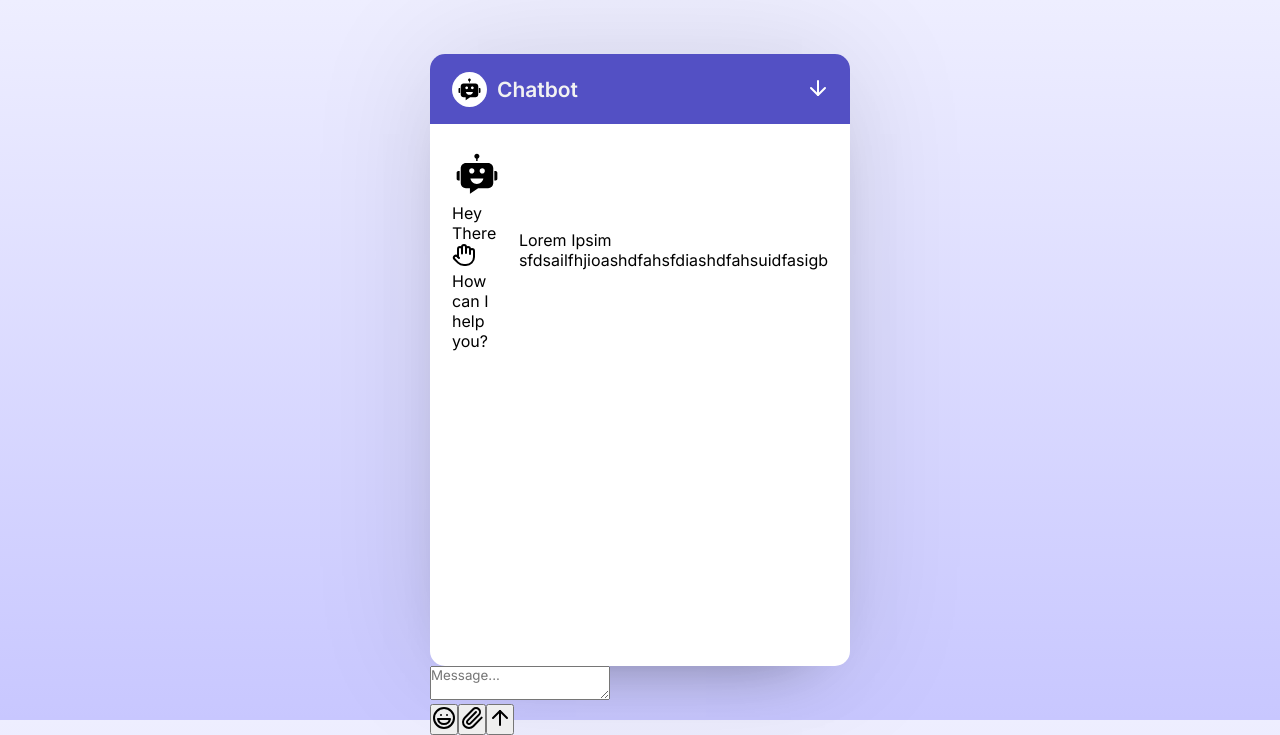
Repository: guilhermecardoso93/ai-bot
Page: /
These files come from the project's save history. The page is drawn as it stood at one moment and after the next save; the edit follows.
The browser window is 1280 px wide. The pictures show the whole page.
The project was rebuilt for these pictures with package versions that can differ from the ones it lists, and the page was loaded fresh each time. Also part of the build but not shown: vite.config.js.

Above is the page before, as saved 2024-11-11 20:45:56.

### index.html
<!doctype html>
<html lang="en">

<head>
    <meta charset="UTF-8" />
    <link rel="icon" type="image/svg+xml" href="/vite.svg" />
    <link rel="preconnect" href="https://fonts.googleapis.com">
    <link rel="preconnect" href="https://fonts.gstatic.com" crossorigin>
    <link href="https://fonts.googleapis.com/css2?family=Inter:ital,opsz,wght@0,14..32,100..900;1,14..32,100..900&family=Outfit:wght@100..900&display=swap" rel="stylesheet">
    <meta name="viewport" content="width=device-width, initial-scale=1.0" />
    <title>Ai ChatBot</title>
</head>

<body>
    <div id="root"></div>
    <script type="module" src="/src/main.jsx"></script>
</body>

</html>

### src/index.css
:root {
  font-synthesis: none;
  text-rendering: optimizeLegibility;
  -webkit-font-smoothing: antialiased;
  -moz-osx-font-smoothing: grayscale;
}

* {
  padding: 0;
  margin: 0;
  box-sizing: border-box;
  font-family: "Inter", serif;
  font-optical-sizing: auto;
  font-style: normal;
}

body {
  display: flex;
  align-items: center;
  justify-content: center;
  min-height: 100vh;
  background: linear-gradient(#eeeeff, #c8c7ff);
}

.chatbot-popup {
  width: 420px;
  background: #ffff;
  overflow: hidden;
  border-radius: 15px;
  box-shadow: 0 0 128px rgba(0, 0, 0, 0.1), 0 32px 64px -48px rgba(0, 0, 0, 0.5);
}

.chat-header {
  display: flex;
  align-items: center;
  background-color: #5350c4;
  padding: 15px 22px;
  justify-content: space-between;
}

.chat-header .header-info {
  display: flex;
  align-items: center;
  gap: 10px;
}

.header-info .logo {
  width: 35px;
  width: 35px;
  background: #fff;
  border-radius: 50%;
  flex-shrink: 0;
  padding: 4px;
}

.header-info .logo-text {
  color: #f2f2f2;
  font-weight: 600;
  font-size: 1.31rem;
}

.chat-header #close-chatbot {
  border: none;
  color: #fff;
  height: 40px;
  width: 40px;
  border-radius: 50%;
  font-size: 1.9rem;
  cursor: pointer;
  margin-right: -10px;
  background: none;
  transition: 0.2s ease;
}

.chat-header #close-chatbot:hover {
  background-color: #3d39ac;
}

.chat-body {
  padding: 25px 22px;
  display: flex;
  gap: 20px;
  height: 460px;
  margin-bottom: 82px;
  flex-direction: column;
  overflow-y: auto;
}


.chat-body .message {
  display: flex;
  gap: 11px;
  align-items: center;

}
.chat-footer {
  position: absolute;
}

### src/App.jsx
import { Main } from "./components/Main";

export function App() {
  return (
    <>
      <Main />
    </>
  );
}

### src/components/Main.jsx
import { Hand, ArrowDown, Laugh, Paperclip, ArrowUp } from "lucide-react";
import Logo from "../assets/logo.svg";

export function Main() {
  return (
    <div className="chatbot-popup">
      {/* Header */}
      <div className="chat-header">
        <div className="header-info">
          <img src={Logo} alt="" className="logo"/>
          <h2 className="logo-text">Chatbot</h2>
        </div>
        <button className="material-symbols-rounded" id='close-chatbot'>
          <ArrowDown />
        </button>
      </div>

      {/* Body */}
      <div className="chat-body">
        <div className="message bot-message">
          <div className="message-text">
            <img src={Logo} alt="" className="bot-avatar"/>
            <p className="message-text">
              Hey There
              <Hand />
            </p>
            <p>How can I help you?</p>
          </div>
          <div className="message-user">
            <p className="message-text">
              Lorem Ipsim sfdsailfhjioashdfahsfdiashdfahsuidfasigb
            </p>
          </div>
        </div>
      </div>

      {/* Footer */}
      <div className="chat-footer">
        <form action="" className="chat-form">
          <textarea
            placeholder="Message..."
            className="message-input"
          ></textarea>
          <div className="chat-controls">
            <button type="button" className="material-symbols-rounded">
              <Laugh />
            </button>
            <button type="button" className="material-symbols-rounded">
              <Paperclip />
            </button>
            <button type="button" className="material-symbols-rounded">
              <ArrowUp />
            </button>
          </div>
        </form>
      </div>
    </div>
  );
}

Loaded but not shown: src/main.jsx (common file)

After the next save:
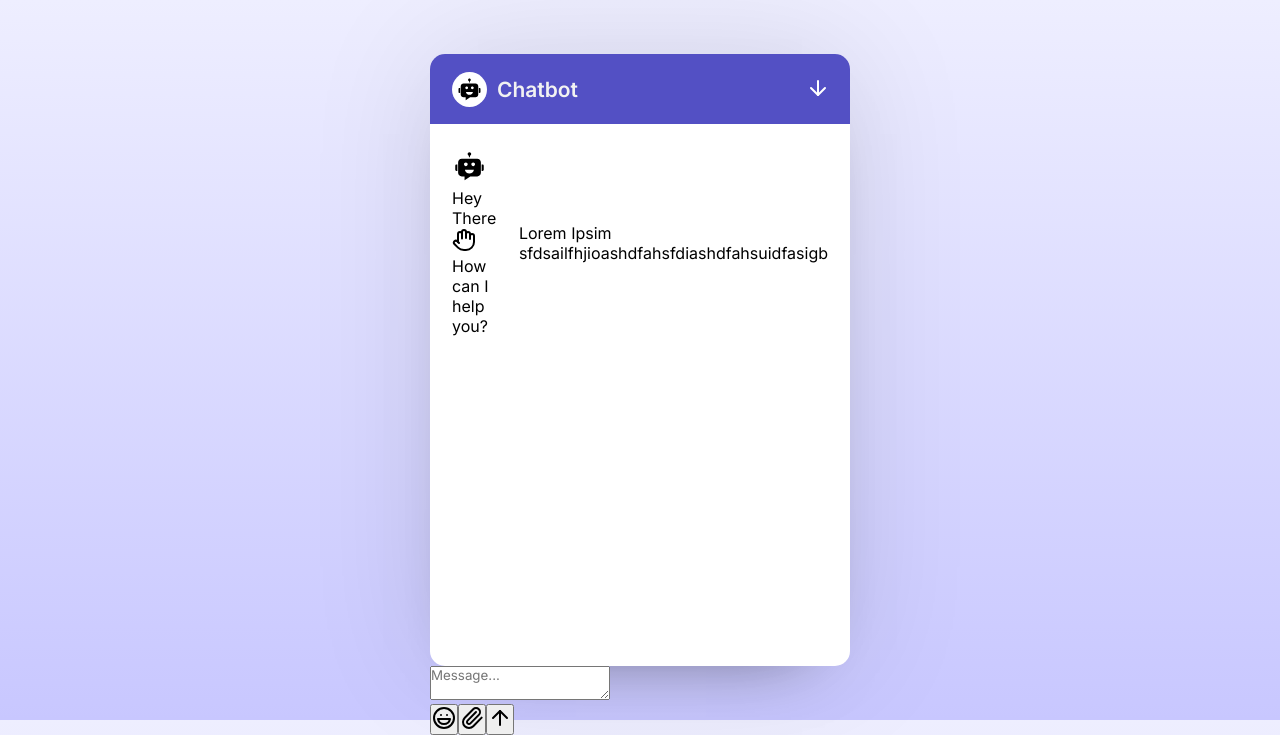
Saved 65 s later.
--- a/src/index.css
+++ b/src/index.css
@@ -91,8 +91,12 @@ body {
   display: flex;
   gap: 11px;
   align-items: center;
+}
 
+.chat-body .bot-avatar {
+  height: 35px;
 }
+
 .chat-footer {
   position: absolute;
 }
